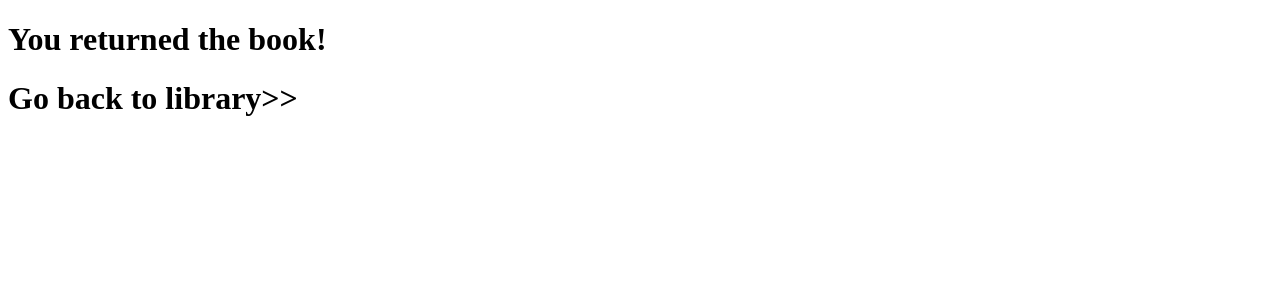
Repository: sd-2019-30238/assignment-1-AlexandraCzako97
Page: http://localhost/Assignment_2/Return.jsp
These files come from the project's save history. The page is drawn as it stood at one moment and after the next save; the edit follows.
The browser window is 1280 px wide. The pictures show the whole page.
The page is served by Tomcat 9. Other server files are loaded and not shown.

Above is the page before, as saved 2019-05-21 09:06:48.

### Assignment_3_PS/Assignment_2/WebContent/Return.jsp
<%@ page language="java" contentType="text/html; charset=ISO-8859-1"
    pageEncoding="ISO-8859-1"%>
<!DOCTYPE html>
<html>
<head>
<meta charset="ISO-8859-1">
<title>Insert title here</title>
</head>
<body>
<h1>You returned the book!</h1>
<h1>Go back to library>></h1>
</body>
</html>

After the next save:
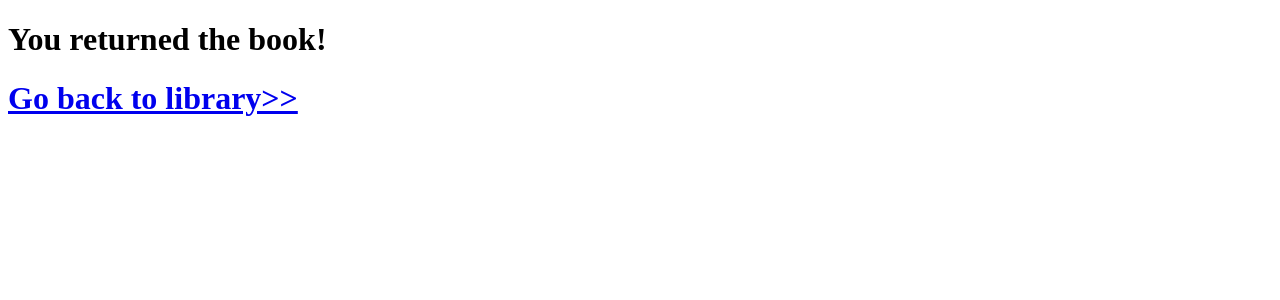
Saved 14 min 24 s later.
--- a/Assignment_3_PS/Assignment_2/WebContent/Return.jsp
+++ b/Assignment_3_PS/Assignment_2/WebContent/Return.jsp
@@ -8,6 +8,6 @@
 </head>
 <body>
 <h1>You returned the book!</h1>
-<h1>Go back to library>></h1>
+<h1><a href="MyLibrary.jsp">Go back to library>></a></h1>
 </body>
 </html>
